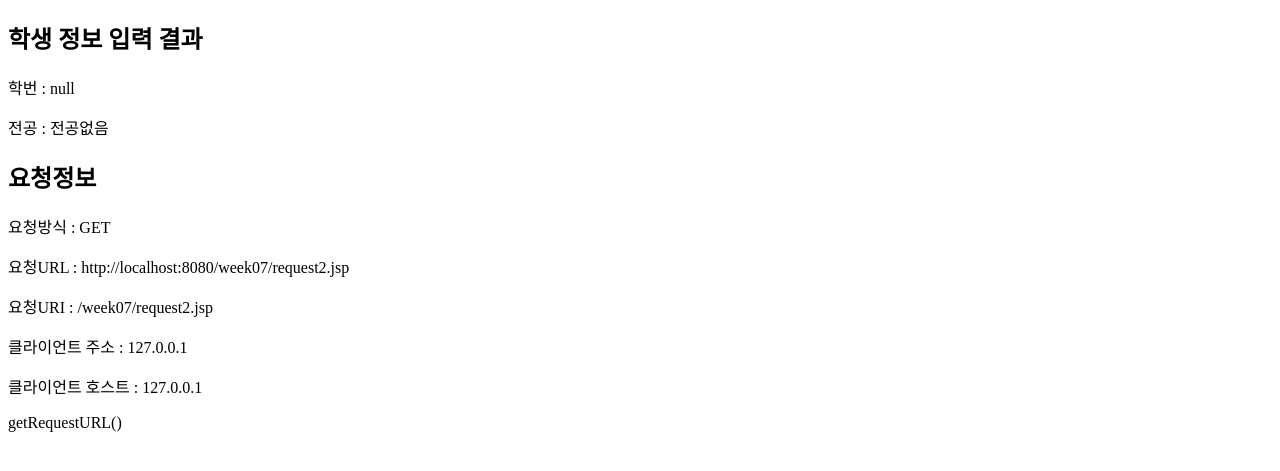
Repository: JuHyeon-S/21-1-Web-Back-end_Programming
Page: http://localhost/week07/request2.jsp
An editor plug-in stored every save of this project. The page is shown before and after the next save, followed by the edit.
The browser window is 1280 px wide. The pictures show the whole page.
The page is served by Tomcat 9.

Above is the page before, as saved 2021-04-18 20:55:29.

### week07/week07/src/main/webapp/request2.jsp
<%@ page language="java" contentType="text/html; charset=EUC-KR"
    pageEncoding="EUC-KR"%>
<!DOCTYPE html>
<html>
<head>
<meta charset="EUC-KR">
<title>Insert title here</title>
</head>
<body>
	<%
		request.setCharacterEncoding("euc-kr");
	%>
	<%
		String studentNum = request.getParameter("studentNum");
		String[] majors = request.getParameterValues("major");
	%>
	<h2>학생 정보 입력 결과</h2>
	학번 : <%= studentNum %><p>
	전공 : <%
			if(majors == null)	{
				out.println("전공없음");
			}else{
				for (int i = 0; i <majors.length; i++){
					out.println(majors[i]+" ");
				}
			}
	%>

	<h2>요청정보</h2>
	요청방식 : <%= request.getMethod() %><p>
	요청URL : <%= request.getRequestURL() %><p>
	요청URI : <%= request.getRequestURI() %><p>
	클라이언트 주소 : <%= request.getRemoteAddr() %><p>
	클라이언트 호스트 : <%= request.getRemoteHost() %><p>
	getRequestURL()
</body>
</html>

After the next save:
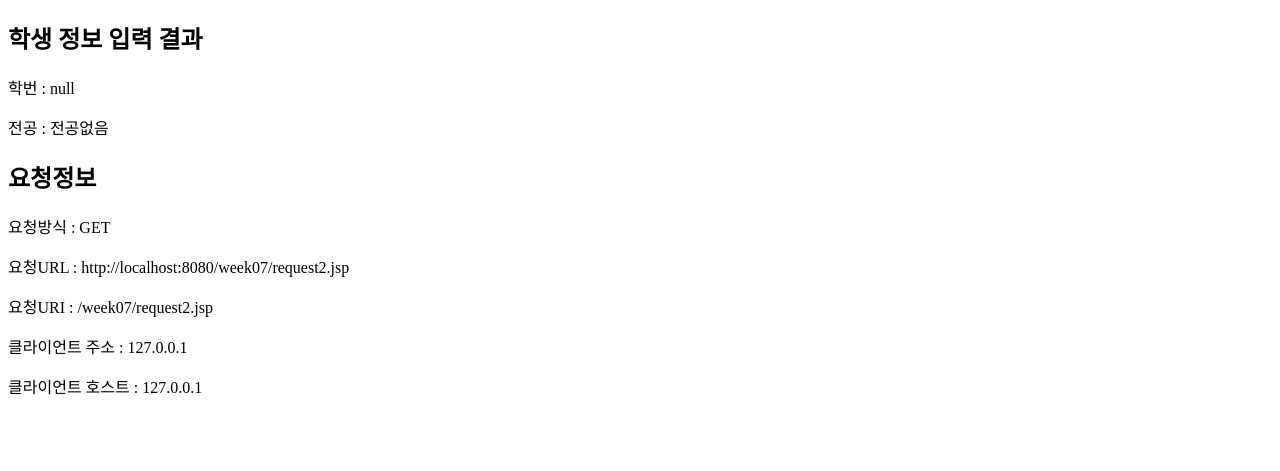
Saved 32 s later.
--- a/week07/week07/src/main/webapp/request2.jsp
+++ b/week07/week07/src/main/webapp/request2.jsp
@@ -32,6 +32,6 @@
 	요청URI : <%= request.getRequestURI() %><p>
 	클라이언트 주소 : <%= request.getRemoteAddr() %><p>
 	클라이언트 호스트 : <%= request.getRemoteHost() %><p>
-	getRequestURL()
+
 </body>
 </html>
